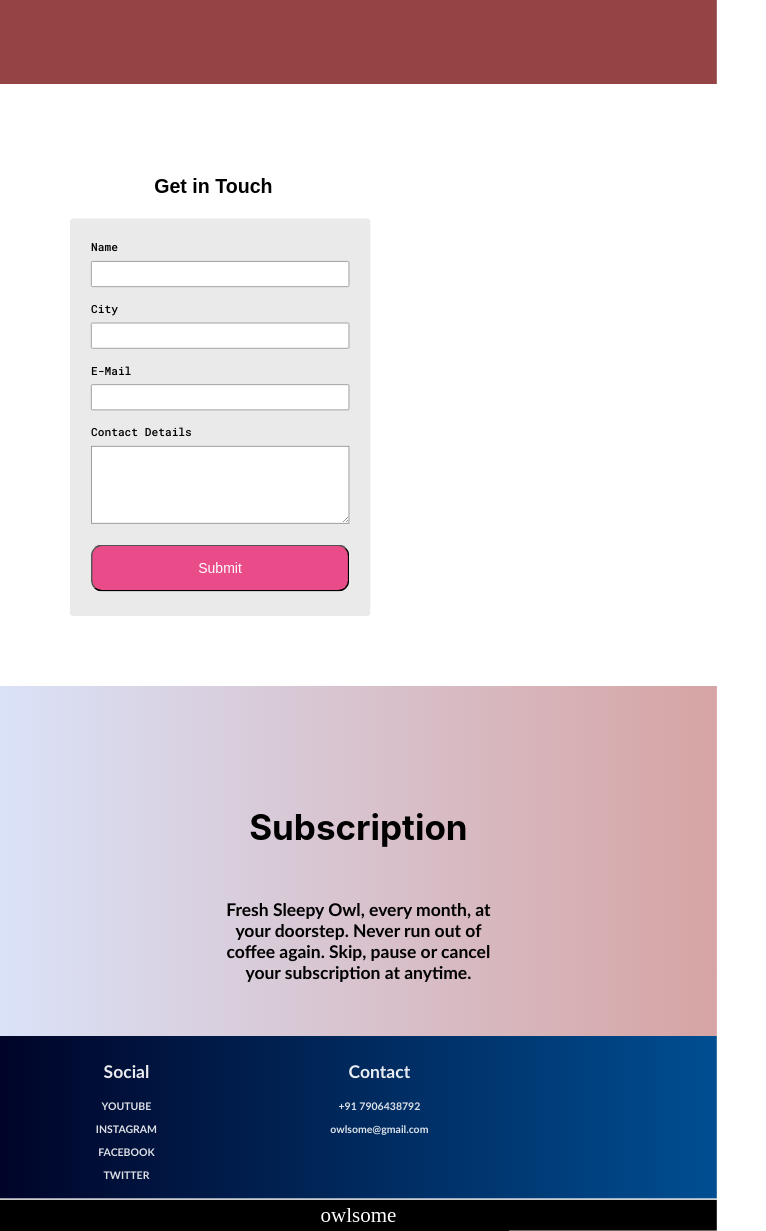
Repository: tusharpasricha/owlsomecoffee
Page: /
An editor plug-in stored every save of this project. The page is shown before and after the next save, followed by the edit.
The browser window is 1024 px wide. The page is 1094 px wide, so the pictures cover 1094 px, including what lies to the right of the window. The pictures show the part of the page from y = 3690 to 5890 px (the page is 5448 px tall before and 6016 px after), at 70% of full size.
Some web fonts or font styles are not loaded; a fallback is used. The project was rebuilt for these pictures with package versions that can differ from the ones it lists, and the page was loaded fresh each time.

Above is the page before, as saved 2021-09-27 21:42:03.

After the next save:
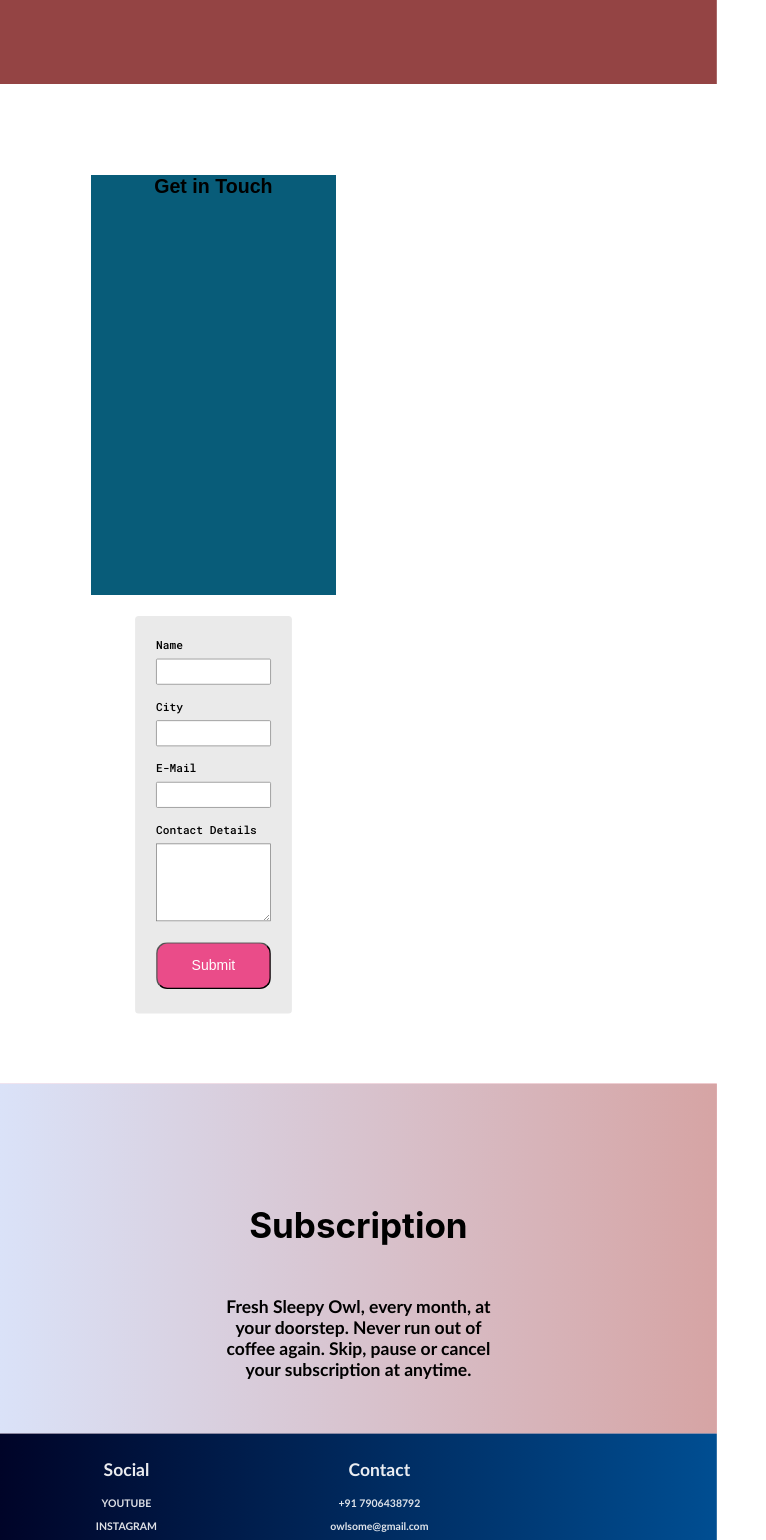
Saved 61 s later.
--- a/src/components/contact.css
+++ b/src/components/contact.css
@@ -6,6 +6,8 @@
     font-family: 'Russo One', sans-serif;
     color: #000;
     font-size: 28px;
+    background-color:rgb(8, 92, 121);
+    height: 600px;
 }
 
 form {
@@ -54,9 +56,3 @@
     color: black;
     background-color: white;
 }
-
-@media only screen and (max-width: 1224px) {
-    form {
-        width: 90%;
-    }
-}
